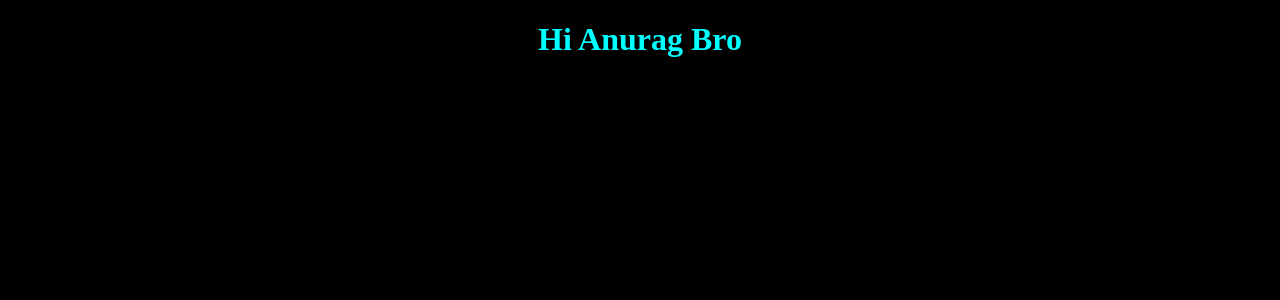
Repository: parveen95887/salesforceTest
Page: index.html
The author's editor kept a copy of each file at every save. The page is drawn from the files as they stood at one save, then again after the next save.
The browser window is 1280 px wide. The pictures show the whole page.

Above is the page before, as saved 2024-08-27 15:39:09.

After the next save:
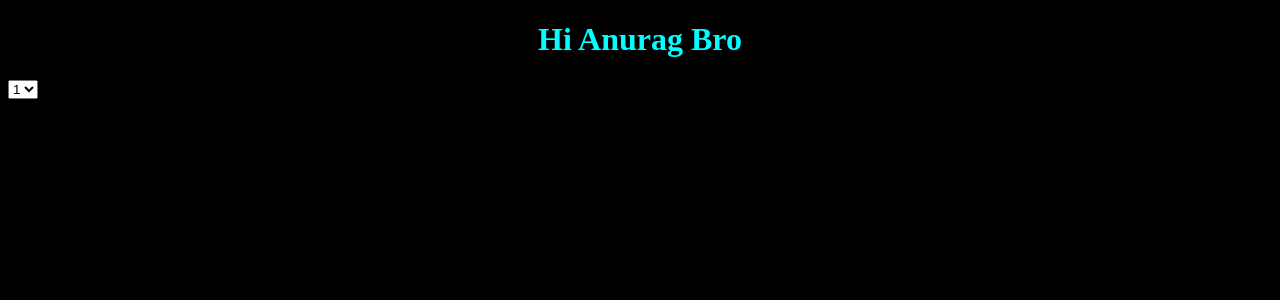
Saved 6 min 9 s later.
--- a/index.html
+++ b/index.html
@@ -9,5 +9,14 @@
 <body>
     <h1>Hi Anurag Bro</h1>
     <script src="myscript.js"></script>
+    <select>
+        <option value="1">1</option>
+        <option value="2">2</option>
+        <option value="3">3</option>
+        <option value="4">4</option>
+        <option value="5">5</option>
+        <option value="6">6</option>
+        <option value="7">7</option>
+    </select>
 </body>
 </html>
